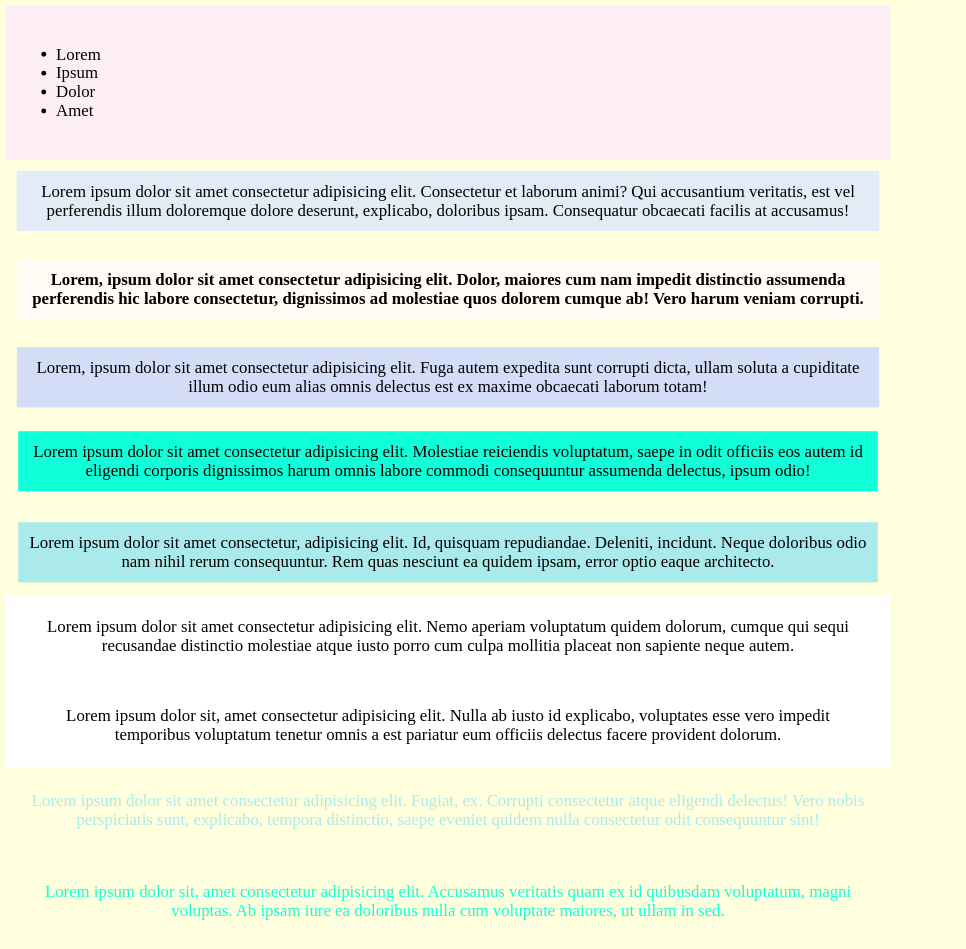
Repository: HTML-a-CSS-2/projekt-portfolio-Angelina555555
Page: .github/index.html
These files come from the project's save history. The page is drawn as it stood at one moment and after the next save; the edit follows.
The browser window is 1280 px wide. The page is 1280 px wide, then 1380 px, so the pictures cover 1380 px, including what lies to the right of the window. The pictures show the part of the page from y = 0 to 1760 px (the page is 1356 px tall before and 3739 px after), at 70% of full size.

Above is the page before, as saved 2022-05-15 17:22:39.

### .github/index.html
<!DOCTYPE html>
<html lang="en">
  <head>
    <meta charset="UTF-8" />
    <meta http-equiv="X-UA-Compatible" content="IE=edge" />
    <meta name="viewport" content="width=device-width, initial-scale=1.0" />
    <link rel="stylesheet" href="default.css" />
    <title>Document</title>
  </head>
  <body>
    <div class="menu">
      <ul id="menu">
        <li>Lorem</li>
        <li>Ipsum</li>
        <li>Dolor</li>
        <li>Amet</li>
      </ul>
    </div>

    <div class="article">
      <div class="article__element-jeden article__element-jeden--blue">
        Lorem ipsum dolor sit amet consectetur adipisicing elit. Consectetur et
        laborum animi? Qui accusantium veritatis, est vel perferendis illum
        doloremque dolore deserunt, explicabo, doloribus ipsam. Consequatur
        obcaecati facilis at accusamus!
      </div>
      <div
        class="article__element-dva article__element-dva--pink article__element-dva--big"
      >
        Lorem, ipsum dolor sit amet consectetur adipisicing elit. Dolor, maiores
        cum nam impedit distinctio assumenda perferendis hic labore consectetur,
        dignissimos ad molestiae quos dolorem cumque ab! Vero harum veniam
        corrupti.
      </div>
      <div class="article__element-tri article__element-tri--purple">
        Lorem, ipsum dolor sit amet consectetur adipisicing elit. Fuga autem
        expedita sunt corrupti dicta, ullam soluta a cupiditate illum odio eum
        alias omnis delectus est ex maxime obcaecati laborum totam!
      </div>
    </div>
    <div class="age">
      <div class="age__element-ctyri age__element-ctyri--green">
        Lorem ipsum dolor sit amet consectetur adipisicing elit. Molestiae
        reiciendis voluptatum, saepe in odit officiis eos autem id eligendi
        corporis dignissimos harum omnis labore commodi consequuntur assumenda
        delectus, ipsum odio!
      </div>
      <div class="age__element-pet age__element-pet--mint">
        Lorem ipsum dolor sit amet consectetur, adipisicing elit. Id, quisquam
        repudiandae. Deleniti, incidunt. Neque doloribus odio nam nihil rerum
        consequuntur. Rem quas nesciunt ea quidem ipsam, error optio eaque
        architecto.
      </div>
    </div>
    <div class="leader">
      <div class="leader__element-sest leader__element-sest--padding-small">
        Lorem ipsum dolor sit amet consectetur adipisicing elit. Nemo aperiam
        voluptatum quidem dolorum, cumque qui sequi recusandae distinctio
        molestiae atque iusto porro cum culpa mollitia placeat non sapiente
        neque autem.
      </div>
      <div class="leader__element-sedm leader__element-sedm--padding-small">
        Lorem ipsum dolor sit, amet consectetur adipisicing elit. Nulla ab iusto
        id explicabo, voluptates esse vero impedit temporibus voluptatum tenetur
        omnis a est pariatur eum officiis delectus facere provident dolorum.
      </div>
    </div>
    <div class="blok-posledni">
      <div class="blok-posledni__element-osm blok-posledni__element-osm--mint">
        Lorem ipsum dolor sit amet consectetur adipisicing elit. Fugiat, ex.
        Corrupti consectetur atque eligendi delectus! Vero nobis perspiciatis
        sunt, explicabo, tempora distinctio, saepe eveniet quidem nulla
        consectetur odit consequuntur sint!
      </div>
      <div
        class="blok-posledni__element-devet blok-posledni__element-devet--green"
      >
        Lorem ipsum dolor sit, amet consectetur adipisicing elit. Accusamus
        veritatis quam ex id quibusdam voluptatum, magni voluptas. Ab ipsam iure
        ea doloribus nulla cum voluptate maiores, ut ullam in sed.
      </div>
    </div>
  </body>
</html>

### .github/default.css
body {
  background-color: #ffffdd;
  display: grid;
  display: flex;
  flex-wrap: wrap;
  grid-template-rows: repeat(3, 1fr);
  grid-template-columns: repeat(3, 1fr);
}

.menu {
  display: flex;
  flex-wrap: wrap;
  grid-column: span 3;

  width: 100%;
  background-color: #fdedf5;
  padding: 2rem;
  font-size: 1.5rem;
}

.article,
.age,
.leader,
.blok-posledni {
  padding: 1rem;
  display: flex;
  flex-wrap: wrap;
  text-align: center;
  gap: 40px 50px;
}
.article__element-jeden {
  grid-column-start: 3;
}
.article__element-jeden,
.article__element-dva,
.article__element-tri {
  display: flex;
  justify-content: center;
  align-items: center;
  padding: 1rem 1rem;

  font-size: 1.5rem;
}

.article__element-jeden--blue {
  background-color: #e1ecf6;
}
.article__element-dva--pink {
  background-color: #fffbf4;
}
.article__element-tri--purple {
  background-color: #d4ddf7;
}

.article__element-dva--big {
  font-weight: bold;
}

.age__element-ctyri,
.age__element-pet,
.leader__element-sest,
.leader__element-sedm,
.blok-posledni__element-osm,
.blok-posledni__element-devet {
  padding: 1rem 1rem;
  margin: 2px;
  font-size: 1.5rem;
}

.age__element-ctyri--green {
  background-color: #0fffd9;
}
.age__element-pet--mint {
  background-color: #aaeaeb;
}
.leader {
  background-color: white;
}
.leader__element-sest--padding-small,
.leader__element-sedm--padding-small {
  padding: 0.9rem;
}
.blok-posledni__element-osm--mint {
  color: #aaeaeb;
}

.blok-posledni__element-devet--green {
  color: #0fffd9;
}

After the next save:
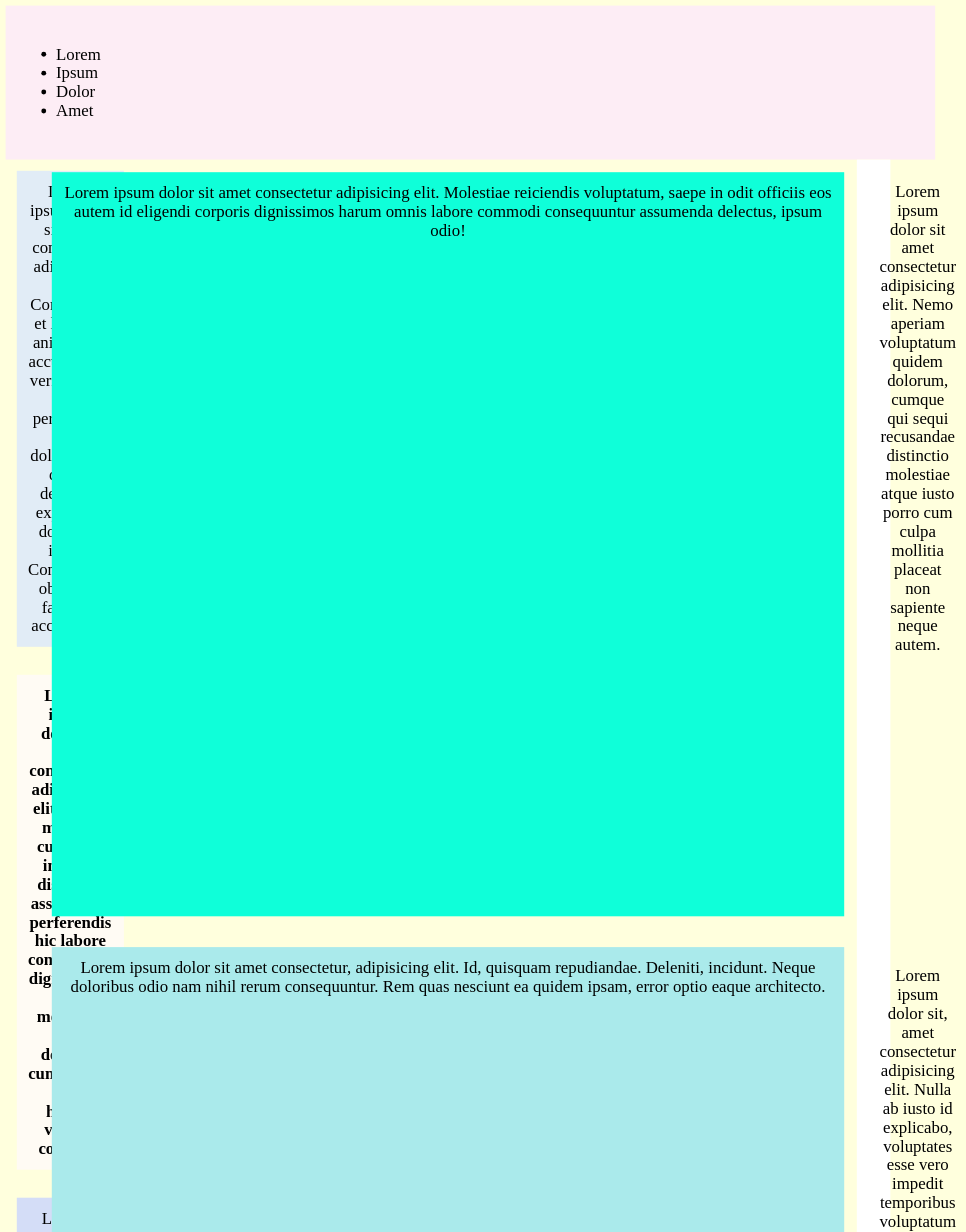
Saved 2 min 16 s later.
--- a/.github/default.css
+++ b/.github/default.css
@@ -1,10 +1,11 @@
 body {
+  height: 100vh;
+
   background-color: #ffffdd;
   display: grid;
-  display: flex;
-  flex-wrap: wrap;
+
   grid-template-rows: repeat(3, 1fr);
-  grid-template-columns: repeat(3, 1fr);
+  grid-template-columns: 3rem 1fr 3rem;
 }
 
 .menu {
